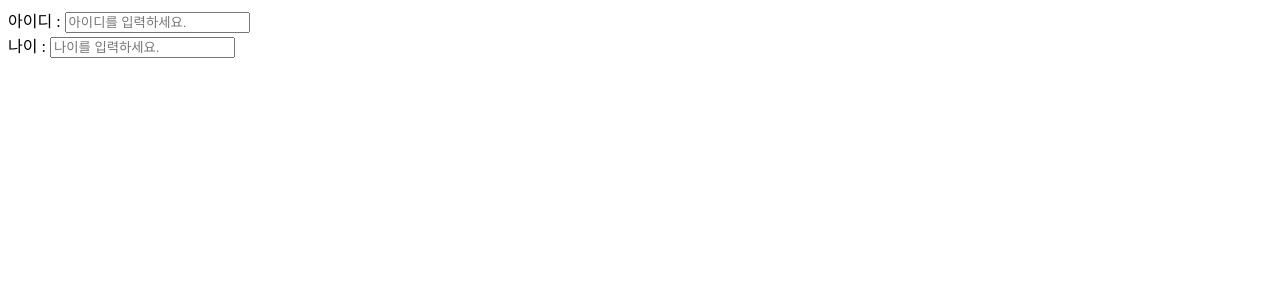
Repository: pro-hk/jsp
Page: http://localhost/chap02/Param.jsp
These files come from the project's save history. The page is drawn as it stood at one moment and after the next save; the edit follows.
The browser window is 1280 px wide. The pictures show the whole page.
The page is served by Tomcat 9. Other server files are loaded and not shown.

Above is the page before, as saved 2022-01-21 04:34:46.

### chap02/src/main/webapp/Param.jsp
<%@ page language="java" contentType="text/html; charset=UTF-8"
    pageEncoding="UTF-8"%>
<!DOCTYPE html>
<html>
<head>
<meta charset="UTF-8">
<title>Params</title>
</head>
<body>
	<form>
		<div><label>아이디 : <input type="text" name ="user_id" placeholder="아이디를 입력하세요."></label></div>
		<div><label>나이 : <input type="text" name ="user_age" placeholder="나이를 입력하세요."></label></div>
	</form>
</body>
</html>

After the next save:
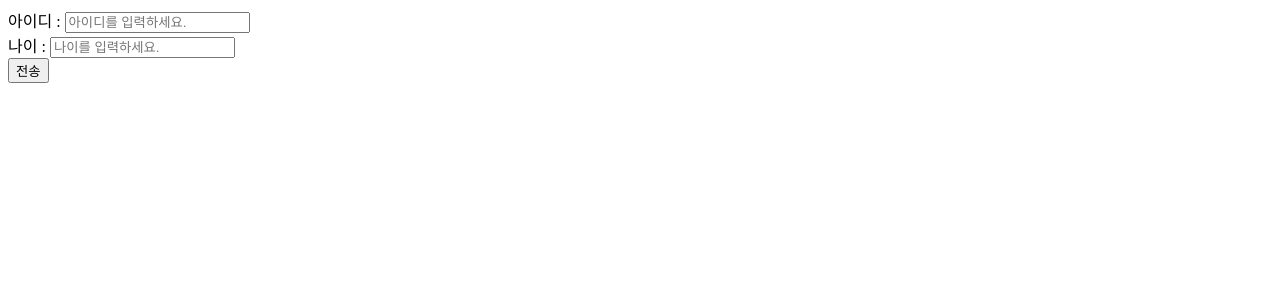
Saved 109 s later.
--- a/chap02/src/main/webapp/Param.jsp
+++ b/chap02/src/main/webapp/Param.jsp
@@ -7,9 +7,11 @@
 <title>Params</title>
 </head>
 <body>
-	<form>
+	<form action="ParamServlet" method="get">
 		<div><label>아이디 : <input type="text" name ="user_id" placeholder="아이디를 입력하세요."></label></div>
 		<div><label>나이 : <input type="text" name ="user_age" placeholder="나이를 입력하세요."></label></div>
+		<!-- <input type="submit" value="전송"> -->
+		<button>전송</button>
 	</form>
 </body>
 </html>
